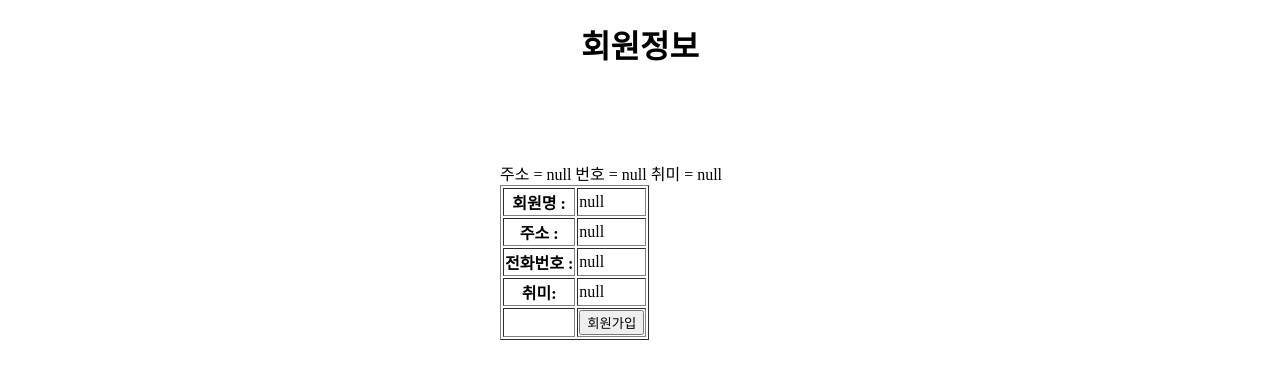
Repository: ssookkdduugg/jsp
Page: http://localhost/Hello/memResult.jsp
These files come from the project's save history. The page is drawn as it stood at one moment and after the next save; the edit follows.
The browser window is 1280 px wide. The pictures show the whole page.
The page is served by Tomcat 9. Other server files are loaded and not shown.

Above is the page before, as saved 2023-09-19 05:35:43.

### Hello/src/main/webapp/memResult.jsp
<%@ page language="java" contentType="text/html; charset=UTF-8"
    pageEncoding="UTF-8"%>
<!DOCTYPE html>
<html>
<head>
<meta charset="UTF-8">
<title>Insert title here</title>
<style type="text/css">
		body{margin: auto;}
		div{
		width: 280px;
		margin: auto;
		}
		h1{
		text-align: center;
		}
</style>
</head>
<body>
<div>
<h1>회원정보</h1>
<table border="1">
<tr><th>회원명 :</th><td><%=request.getParameter("name") %></td></tr><br>
	<tr><th>주소 :</th><td><%=request.getParameter("addr") %></td></tr><br>
	<tr><th>전화번호 :</th><td><%=request.getParameter("num") %></td></tr><br>
	<tr><th>취미:</th><td><%=request.getParameter("hobby") %></td></tr><br>
	<tr><td></td><td><input type="submit" value="회원가입"></td></tr>

주소 = <%=request.getParameter("addr") %>
번호 = <%=request.getParameter("num") %>
취미 = <%=request.getParameter("hobby") %>
</table>
</div>
</body>
</html>

After the next save:
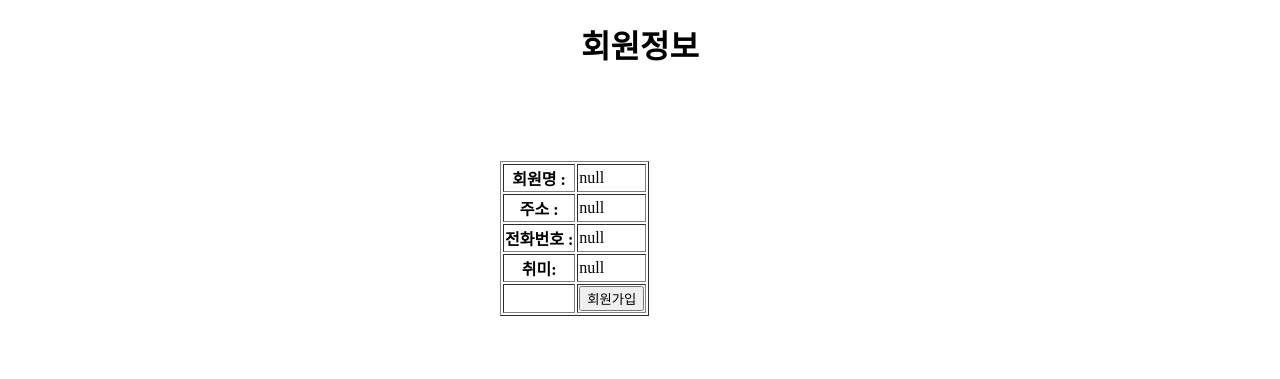
Saved 4 s later.
--- a/Hello/src/main/webapp/memResult.jsp
+++ b/Hello/src/main/webapp/memResult.jsp
@@ -26,9 +26,7 @@
 	<tr><th>취미:</th><td><%=request.getParameter("hobby") %></td></tr><br>
 	<tr><td></td><td><input type="submit" value="회원가입"></td></tr>
 
-주소 = <%=request.getParameter("addr") %>
-번호 = <%=request.getParameter("num") %>
-취미 = <%=request.getParameter("hobby") %>
+
 </table>
 </div>
 </body>
